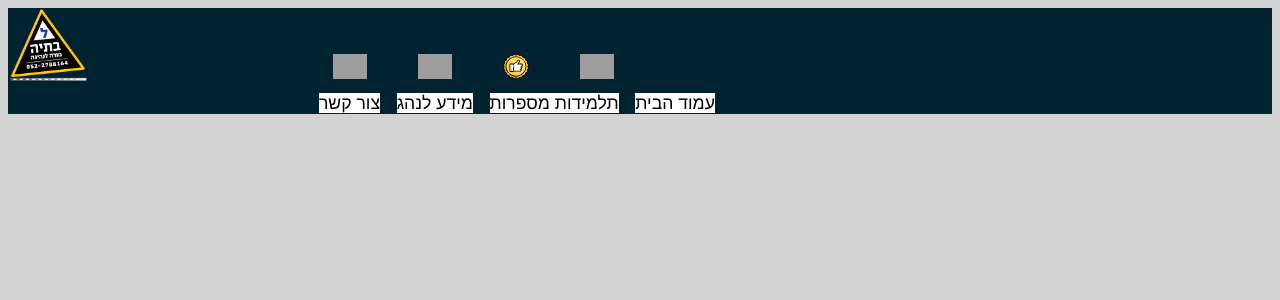
Repository: ChenGinsberg/BatyaLamed-site
Page: index.html
An editor plug-in stored every save of this project. The page is shown before and after the next save, followed by the edit.
The browser window is 1280 px wide. The pictures show the whole page.
Pictures or frames that could not be fetched are drawn as grey boxes.

Above is the page before, as saved 2017-11-10 00:01:46.

### index.html
<!DOCTYPE html>
<html lang="en">

<head>
    <meta charset="UTF-8">
    <meta name="viewport" content="width=device-width, initial-scale=1.0">
    <meta http-equiv="X-UA-Compatible" content="ie=edge">
    <title>Batya</title>

</head>

<body lang="rtl">
    <nav class="navbar-blue">

        <img src="image/batyaLogo.png" class="logo-nav">
        <img src="image/message.svg" class="nav-svg-icon">
        <img src="image/information.svg" class="nav-svg-icon">
        <img src="image/recommended.svg" class="nav-svg-icon">
        <img src="image/house.svg" class="nav-svg-icon">
        <br>
        <a class="nav-iconn">עמוד הבית</a>
        <a class="nav-iconn">תלמידות מספרות</a>
        <a class="nav-iconn">מידע לנהג</a>
        <a class="nav-iconn">צור קשר</a>
    </nav>

    <link rel="stylesheet" type="text/css" href="style/style.css">

</body>

</html>

### style/style.css
body {
    background-color: lightgray;
}


/* NAV */

.navbar-blue {
    background-color: #012231;
    min-height: 80px;
}

.logo-nav {
    height: 75px;
    position: absolute;
}

.nav-svg-icon {
    height: 25.6px;
    position: relative;
    left: 24.9%;
    margin: 3.6% 37px 10px 10px;
}

.nav-iconn {
    margin-right: 1%;
    font-family: "Open Sans Hebrew", "Helvetica Neue", Helvetica, Arial, sans-serif;
    background-color: white;
    position: relative;
    left: 24.6%;
    font-size: 1.1em;
}

After the next save:
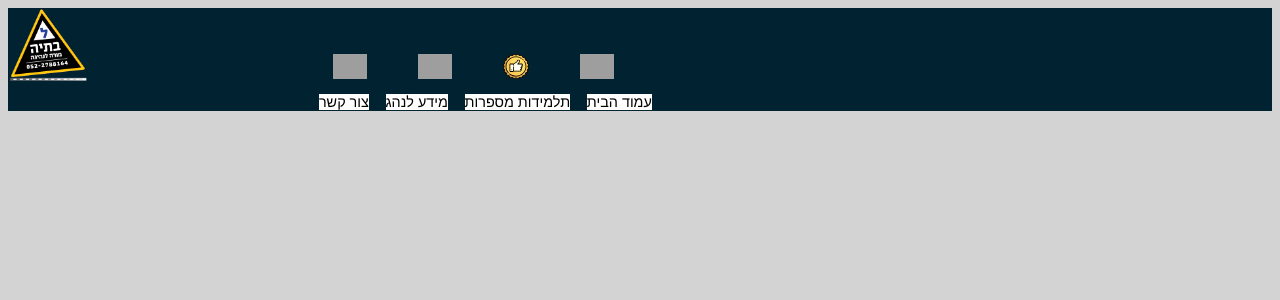
Saved 61 s later.
--- a/style/style.css
+++ b/style/style.css
@@ -28,5 +28,5 @@ body {
     background-color: white;
     position: relative;
     left: 24.6%;
-    font-size: 1.1em;
+    font-size: 0.9em;
 }
